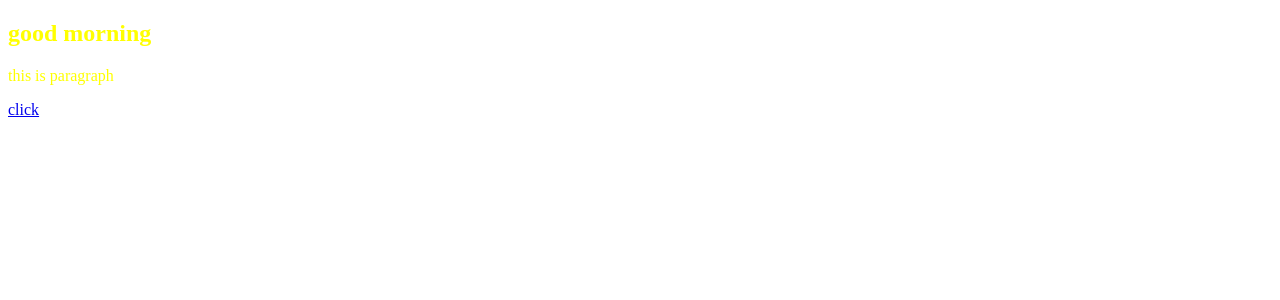
Repository: roshanpatil37407/Full_Stack_Java
Page: Roshans/src/main/webapp/index.html
These files come from the project's save history. The page is drawn as it stood at one moment and after the next save; the edit follows.
The browser window is 1280 px wide. The pictures show the whole page.

Above is the page before, as saved 2025-09-29 09:59:40.

### Roshans/src/main/webapp/index.html
<!DOCTYPE html>
<html>
<head>
<meta charset="UTF-8">
<title>Insert title here</title>
</head>
<body style="color:yellow">
<h2>good morning </h2>


<p> this is paragraph </p>
<a href="loging.html">click</a>

</body>
</html>

After the next save:
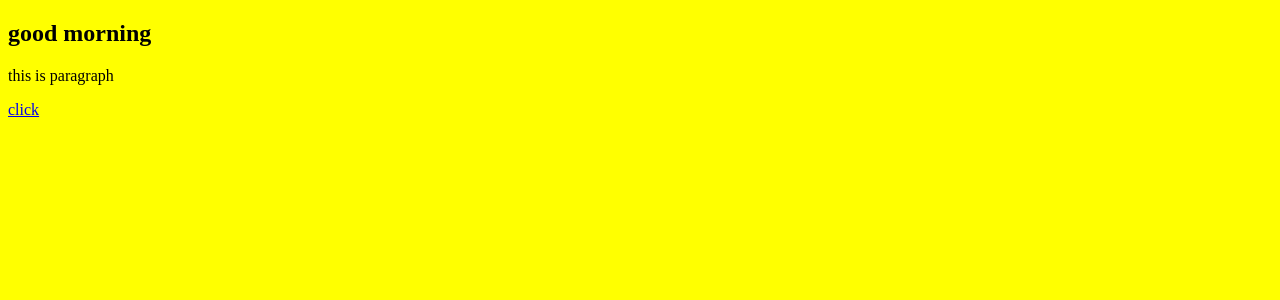
Saved 33 s later.
--- a/Roshans/src/main/webapp/index.html
+++ b/Roshans/src/main/webapp/index.html
@@ -4,7 +4,7 @@
 <meta charset="UTF-8">
 <title>Insert title here</title>
 </head>
-<body style="color:yellow">
+<body style="background-color:yellow">
 <h2>good morning </h2>
 
 
